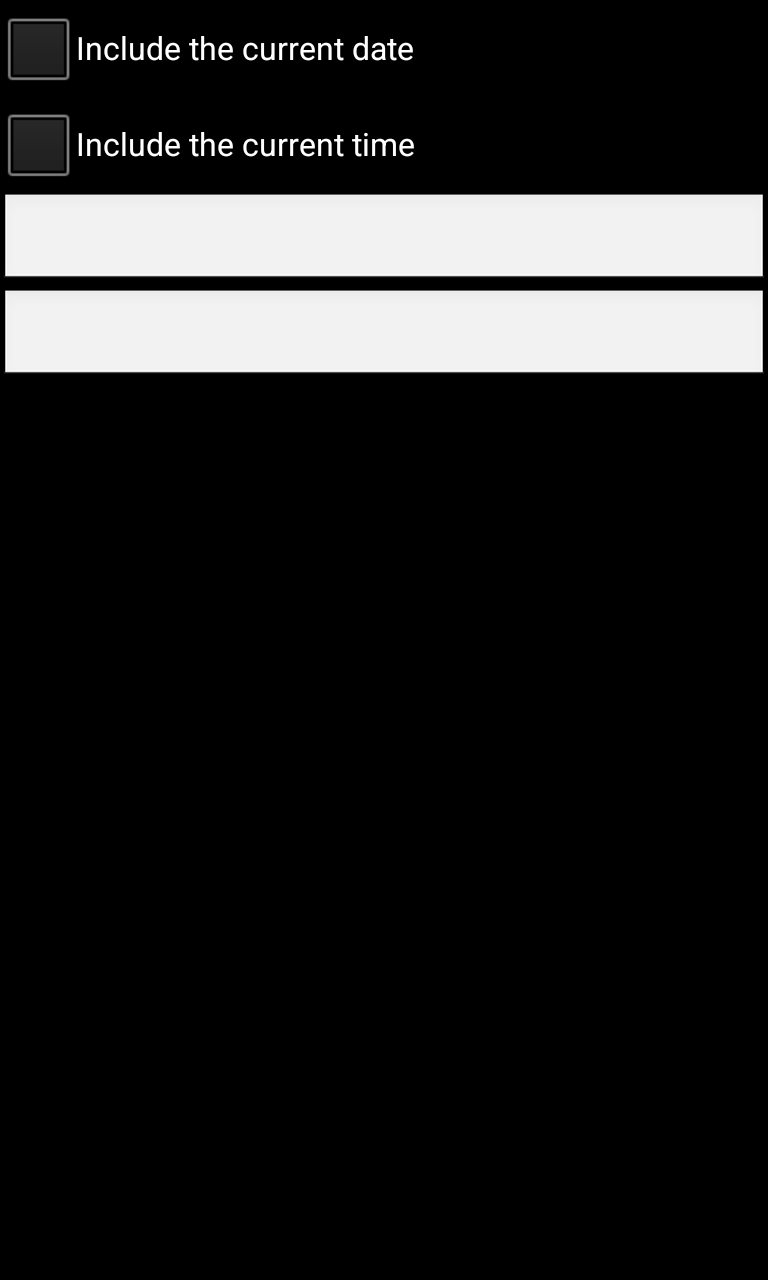
Repository: RaabsIn513/eclipse_workspace
Layout: Copy of SAS_revA/res/layout/main_sms_settings.xml
These files come from the project's save history. The layout is drawn as it stood at one moment and after the next save; the edit follows.
It is drawn on a 768 x 1280 px phone screen (xhdpi) without system bars, with theme android:Theme; the app's code is not run.

Above is the layout before, as saved 2012-02-16 20:42:49.

### Copy of SAS_revA/res/layout/main_sms_settings.xml
<?xml version="1.0" encoding="utf-8"?>
<LinearLayout xmlns:android="http://schemas.android.com/apk/res/android"
    android:layout_width="fill_parent"
    android:layout_height="fill_parent"
    android:orientation="vertical" >

   <CheckBox android:id="@+id/include_date"
        android:layout_width="wrap_content"
        android:layout_height="wrap_content"
        android:text="@string/include_date_cb" />

	<CheckBox android:id="@+id/include_time"
        android:layout_width="wrap_content"
        android:layout_height="wrap_content"
        android:text="@string/include_time_cb" />

	<EditText
	    android:id="@+id/editText1"
	    android:layout_width="fill_parent"
	    android:layout_height="wrap_content"
	    android:inputType="phone" >
	</EditText>

	<EditText
	    android:id="@+id/editText2"
	    android:layout_width="fill_parent"
	    android:layout_height="wrap_content"
	    android:inputType="textMultiLine" />

</LinearLayout>

### Copy of SAS_revA/res/values/strings.xml
<?xml version="1.0" encoding="utf-8"?>
<resources>

    <string name="hello">Hello World, SAS_revActivity!</string>

    <string name="app_name">SAS_rev</string>
	<string name="plotAct_text">Plot View</string>
    <string name="testSMSAct_text">Send Test Text Message</string>

	<string name="viewWave_btText">View audio wave plot</string>
    <string name="viewFFT_btText">View FFT plot</string>
    <string name="setThresh_btText">Set the threshold value</string>
    <string name="setSMS_btText">SMS settings</string>
    <string name="sendSMS_btText">Send a test text message</string>

    <string name="include_date_cb">Include the current date</string>
	<string name="include_time_cb">Include the current time</string>
	<string name="fake_data_text">False test data to send</string>

</resources>

After the next save:
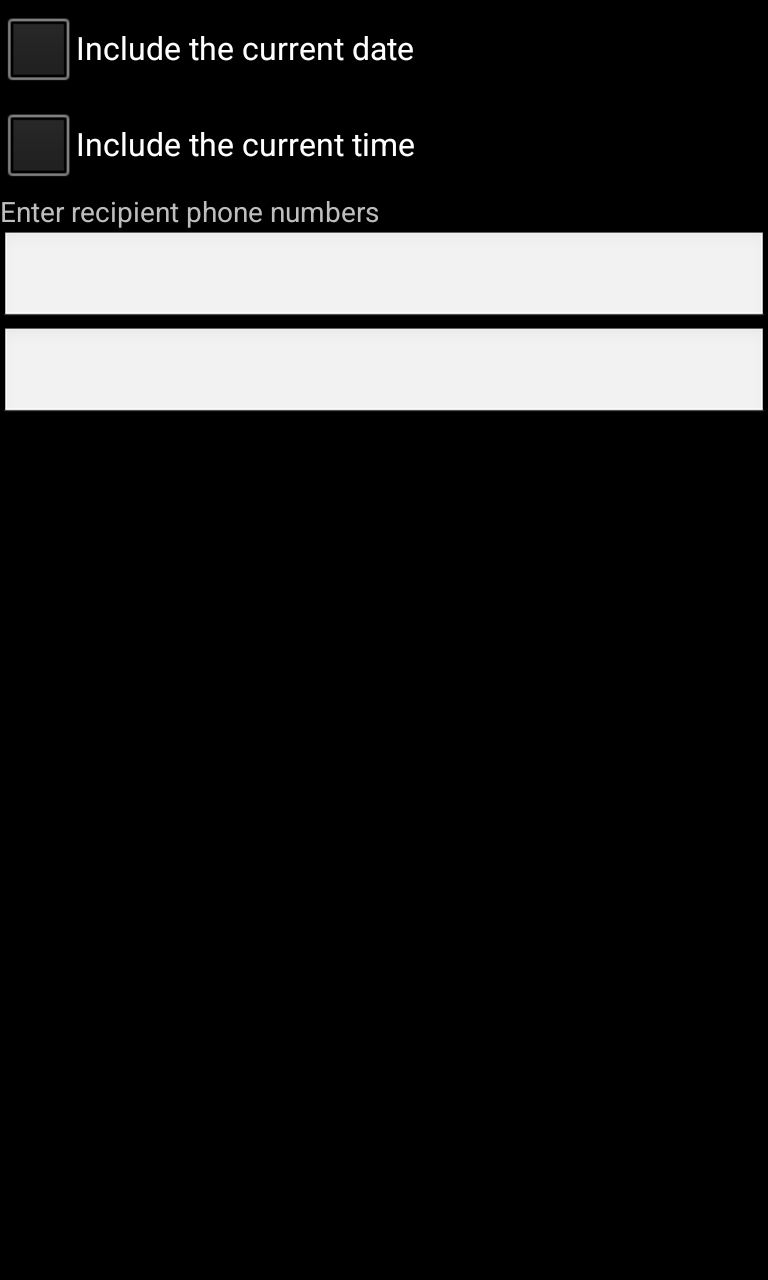
Saved 2 min 41 s later.
--- a/Copy of SAS_revA/res/layout/main_sms_settings.xml
+++ b/Copy of SAS_revA/res/layout/main_sms_settings.xml
@@ -14,6 +14,11 @@
         android:layout_height="wrap_content"
         android:text="@string/include_time_cb" />
 
+	<TextView
+        android:layout_width="fill_parent"
+        android:layout_height="wrap_content"
+        android:text="Enter recipient phone numbers" />
+
 	<EditText
 	    android:id="@+id/editText1"
 	    android:layout_width="fill_parent"
